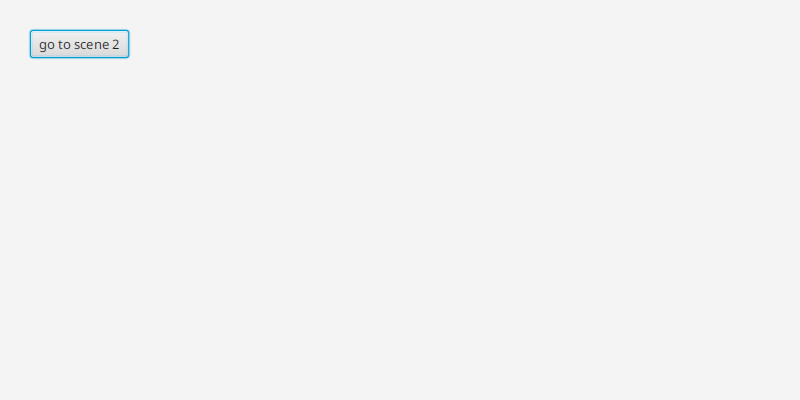
Repository: medsalimbenjelloul/DASI
Program's window: java eclipse-workspace/DASI/src/application/Main.java
The author's editor kept a copy of each file at every save. The program's window is drawn from the files as they stood at one save, then again after the next save.
It runs on Java 21 on a 1366 x 768 screen with JavaFX 11; the title bar is not drawn.

Above is the program's window before, as saved 2019-03-23 18:56:01.

### eclipse-workspace/DASI/src/application/Main.java
package application;




import javafx.application.Application;
import javafx.stage.Stage;
import javafx.scene.Scene;
import javafx.scene.layout.BorderPane;
import javafx.scene.layout.Pane;
import javafx.application.Application;
import javafx.event.ActionEvent;
import javafx.event.EventHandler;
import javafx.geometry.Pos;
import javafx.scene.Scene;
import javafx.scene.control.Button;
import javafx.scene.control.Label;
import javafx.scene.layout.StackPane;
import javafx.scene.layout.VBox;


public class Main extends Application {
	Stage window ;
	Scene scene1, scene2;
	@Override
	public void start(Stage primaryStage) throws Exception {
		try {

			Pane  root = new Pane();
			//StackPane layout = new StackPane();
			//Scene scene = new Scene(layout,800,480);
			//scene.getStylesheets().add(getClass().getResource("application.css").toExternalForm());
			Label label1 = new Label("Welcome");
			Button button1 = new Button ("go to scene 2");
			button1.setOnAction(e -> primaryStage.setScene(scene2));
			//Layout = children are laid out in vertical column
			//VBox layout1 = new VBox(20);
			//layout1.getChildren().addAll(label1, button1);
			//BorderPane.setAlignment(button1, Pos.CENTER);
			//root.setAlignment(label1, Pos.TOP_LEFT);
			button1.setLayoutX(30);
			button1.setLayoutY(30);
			root.getChildren().add(button1);


			scene1 = new Scene(root, 800, 400);
			//Button 2
			Button button2 = new Button ("welcome to scene 2");
			button2.setOnAction(e -> primaryStage.setScene(scene1));

			//Layout 2
			StackPane layout2 = new StackPane();
			layout2.getChildren().add(button2);
			scene2 = new Scene (layout2,600,300);
			primaryStage.setScene(scene1);
			primaryStage.setTitle("Sistema de vuelos"); // Name of App
			primaryStage.show();
		} catch(Exception e) {
			e.printStackTrace();
		}
	}

	public static void main(String[] args) {
		launch(args);
	}




}

After the next save:
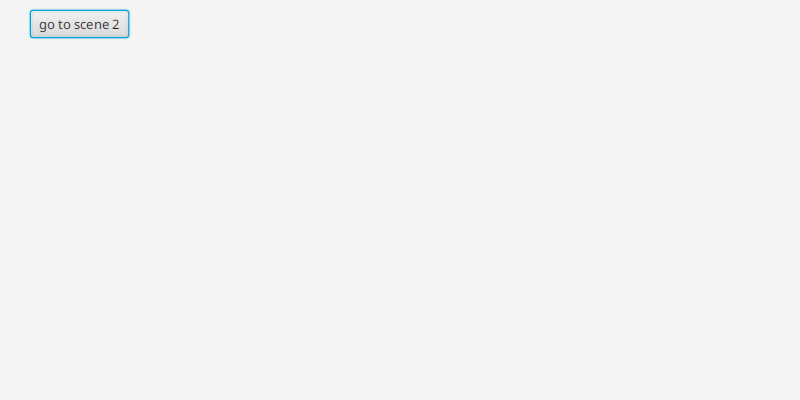
Saved 16 s later.
--- a/eclipse-workspace/DASI/src/application/Main.java
+++ b/eclipse-workspace/DASI/src/application/Main.java
@@ -39,7 +39,7 @@
 			//BorderPane.setAlignment(button1, Pos.CENTER);
 			//root.setAlignment(label1, Pos.TOP_LEFT);
 			button1.setLayoutX(30);
-			button1.setLayoutY(30);
+			button1.setLayoutY(10);
 			root.getChildren().add(button1);
 
 
